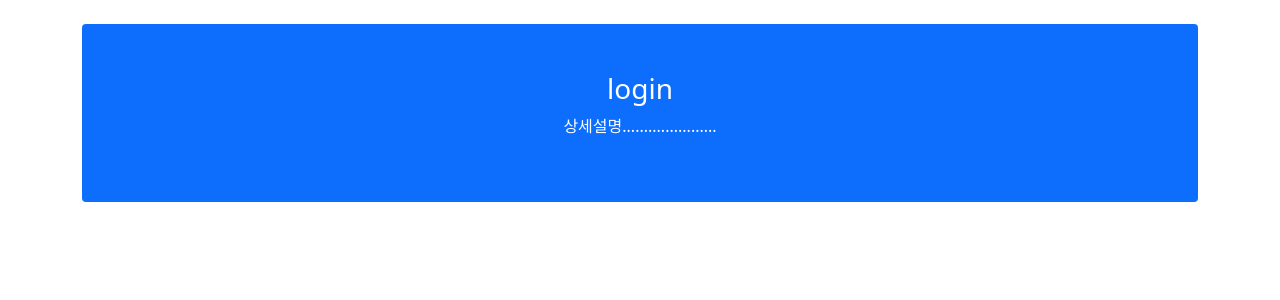
Repository: minokki/mino
Page: http://localhost/lec03_mvc/login/login.jsp
These files come from the project's save history. The page is drawn as it stood at one moment and after the next save; the edit follows.
The browser window is 1280 px wide. The pictures show the whole page.
Some web libraries are served in a nearby version. The page is served by Tomcat 9.

Above is the page before, as saved 2022-12-28 01:56:44.

After the next save:
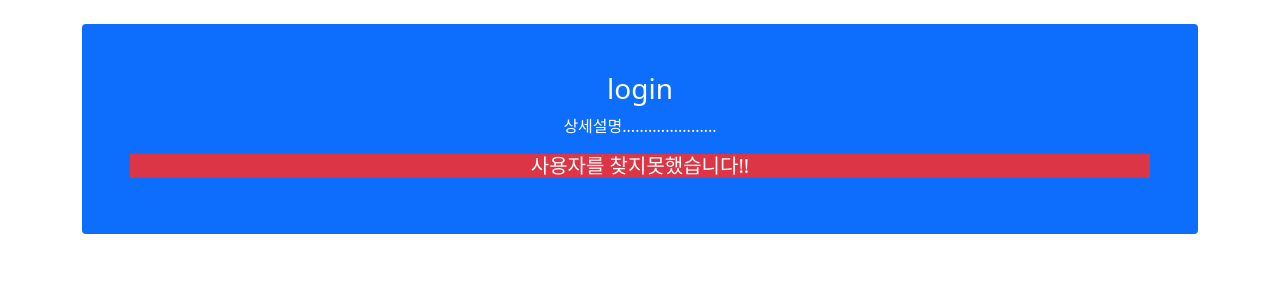
Saved 2 min 8 s later.
--- a/spring/lec03_mvc/src/main/webapp/login/login.jsp
+++ b/spring/lec03_mvc/src/main/webapp/login/login.jsp
@@ -17,7 +17,9 @@
       <div class="mt-4 p-5 bg-primary text-white rounded">
          <h3>login</h3>
          <p>상세설명......................</p>
-
+           <c:if test="${ !sessionScope.isLoginSuccess }">
+           <h5 class="bg-danger text-white">사용자를 찾지못했습니다!!</h5>
+           </c:if>
       </div>
       <br>
 
